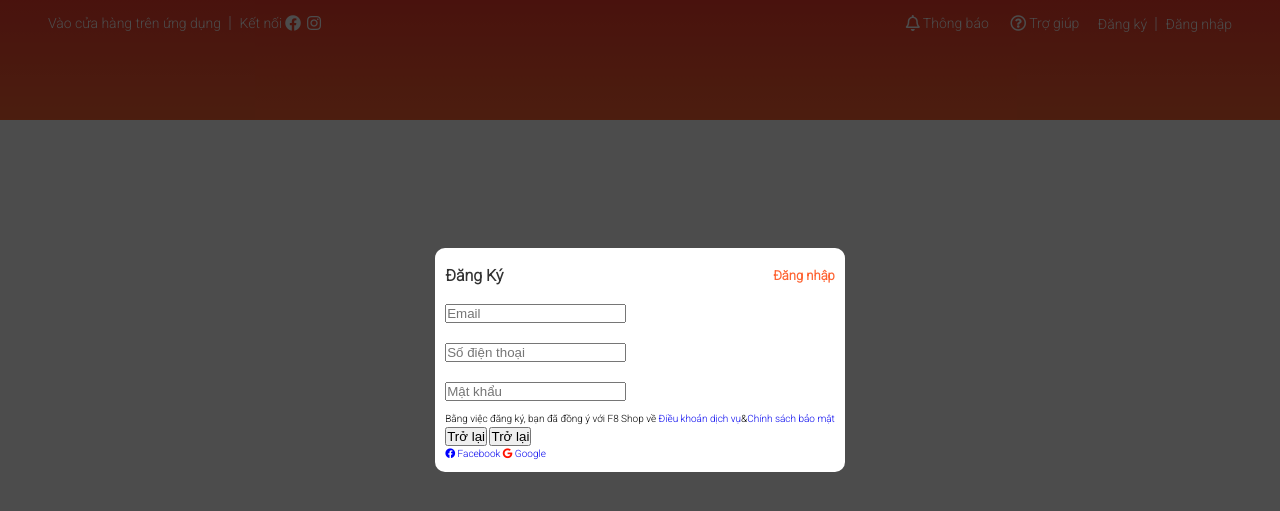
Repository: kebinh1235/Shopee-Demo
Page: index.html
An editor plug-in stored every save of this project. The page is shown before and after the next save, followed by the edit.
The browser window is 1280 px wide. The pictures show the whole page.

Above is the page before, as saved 2021-10-01 22:20:25.

### index.html
<!DOCTYPE html>
<html lang="en">

<head>
  <meta charset="UTF-8">
  <meta http-equiv="X-UA-Compatible" content="IE=edge">
  <meta name="viewport" content="width=device-width, initial-scale=1.0">
  <title>F8 Shop</title>
  <link rel="stylesheet" href="./asset/css/main.css">
  <link rel="stylesheet" href="./asset/css/base.css">
  <link rel="stylesheet" href="https://cdnjs.cloudflare.com/ajax/libs/font-awesome/5.15.4/css/all.min.css">
</head>

<body>
  <div class="app">
    <header class="header">
      <div class="grid">
        <nav class="header__navbar">
          <ul class="header__navbar-list">
            <li class="header__navbar-item header__item-separator">
              Vào cửa hàng trên ứng dụng
              <div class="header__navbar-QRCode">
                <div class="header__navbar-QRCode-img">
                  <img
                    src="https://upload.wikimedia.org/wikipedia/commons/thumb/d/d0/QR_code_for_mobile_English_Wikipedia.svg/1200px-QR_code_for_mobile_English_Wikipedia.svg.png"
                    alt="">
                </div>
                <div class="header__navbar-QRCode-social">
                  <a class="header__navbar-QRCode-link" href="#">
                    <i class="fab fa-google header__navbar-QRCode-icon-google"></i>
                    <span class="header__navbar-QRCode-title-google">Google</span>
                  </a>
                  <a class="header__navbar-QRCode-link" href="#">
                    <i class="fab fa-facebook header__navbar-QRCode-icon-facebook"></i>
                    <span class="header__navbar-QRCode-title-facebook">Facebook</span>
                  </a>
                </div>
              </div>
            </li>
            <li class="header__navbar-item">
              <span class="user__select-none">Kết nối</span>
              <a class="header__navbar-link-icon" href="#">
                <i class="fab fa-facebook header__navbar-icon"></i>
              </a>
              <a class="header__navbar-link-icon" href="#">
                <i class="fab fa-instagram header__navbar-icon"></i>
              </a>
            </li>
          </ul>
          <ul class="header__navbar-list">
            <li class="header__navbar-item">
              <a href="#" class="header__navbar-link">
                <i class="far fa-bell header__navbar-icon"></i>
                Thông báo
              </a>
              <div class="header__navbar-notification">
                <div class="header__navbar-noti-heading">
                  <h3>Thông báo nhận hàng</h3>
                </div>
                <ul class="header__navbar-noti-list">
                  <li class="header__navbar-noti-list-item header__navbar-noti-list-viewd">
                    <a class="header__navbar-noti-list-link" href="#">
                      <img src="https://www.oberlo.com/media/1603958036-new-products.jpg" alt="">
                      <div class="header_navbar-noti-content">
                        <span class="header_navbar-noti-name">Xác thực chính hãng nguồn gốc các sản phẩm Ohui</span>
                        <span class="header_navbar-noti-description">Xác thực chính hãng nguồn gốc các sản phẩm
                          Ohui</span>
                      </div>
                    </a>
                  </li>
                  <li class="header__navbar-noti-list-item header__navbar-noti-list-viewd">
                    <a class="header__navbar-noti-list-link" href="#">
                      <img src="https://www.oberlo.com/media/1603958036-new-products.jpg" alt="">
                      <div class="header_navbar-noti-content">
                        <span class="header_navbar-noti-name">Xác thực chính hãng nguồn gốc các sản phẩm Ohui</span>
                        <span class="header_navbar-noti-description">Xác thực chính hãng nguồn gốc các sản phẩm
                          Ohui</span>
                      </div>
                    </a>
                  </li>
                  <li class="header__navbar-noti-list-item">
                    <a class="header__navbar-noti-list-link" href="#">
                      <img src="https://www.oberlo.com/media/1603958036-new-products.jpg" alt="">
                      <div class="header_navbar-noti-content">
                        <span class="header_navbar-noti-name">Xác thực chính hãng nguồn gốc các sản phẩm Ohui</span>
                        <span class="header_navbar-noti-description">Xác thực chính hãng nguồn gốc các sản phẩm
                          Ohui</span>
                      </div>
                    </a>
                  </li>
                </ul>
                <div class="header__navbar-noti-footer">
                  <a class="header__navbar-noti-footer-link" href="#">Xem tất cả</a>
                </div>
              </div>
            </li>
            <li class="header__navbar-item">
              <a href="#" class="header__navbar-link">
                <i class="far fa-question-circle header__navbar-icon"></i>
                Trợ giúp
              </a>
            </li>
            <li class="header__navbar-item">
              <a href="#" class="header__navbar-link header__item-bold header__item-separator">Đăng ký</a>
            </li>
            <li class="header__navbar-item">
              <a href="#" class="header__navbar-link header__item-bold">Đăng nhập</a>
            </li>
          </ul>
        </nav>
      </div>
    </header>

    <div class="container">

    </div>

    <div class="footer">

    </div>
    <!--Modal-->
    <div class="modal">
      <div class="modal__overlay"></div>
      <div class="modal__body">
        <div class="modal__inner">
          <div class="auth__form">
            <div class="auth__form-header">
                <h3 class="auth__form-heading">Đăng Ký</h3>
                <span class="authb__form-btn-switch">Đăng nhập</span>
            </div>
            <div class="auth__form-form">
              <div class="auth__form-group">
                <input class="auth__form-input" type="text" placeholder="Email">
              </div>
              <div class="auth__form-group">
                <input class="auth__form-input" type="text" placeholder="Số điện thoại">
              </div>
              <div class="auth__form-group">
                <input class="auth__form-input" type="text" placeholder="Mật khẩu">
              </div>
            </div>
            <div class="auth__form-note">
              <span>
                Bằng việc đăng ký, bạn đã đồng ý với F8 Shop về
                <a class="auth__form-note-link" href="#">Điều khoản dịch vụ</a>&<a class="auth__form-note-link" href="#">Chính sách bảo mật</a>
              </span>
            </div>
            <div class="auth__form-controls">
              <button class="btn">Trở lại</button>
              <button class="btn btn-primary">Trở lại</button>
            </div>
            <div class="auth__form-social">
              <a href="#" class="btn btn-with-icon">
                <i class="fab fa-facebook header__navbar-QRCode-icon-facebook"></i>
                Facebook
              </a>
              <a href="#" class="btn btn-with-icon">
                <i class="fab fa-google header__navbar-QRCode-icon-google"></i>
                Google
              </a>
            </div>
          </div>
        </div>
      </div>
    </div>
  </div>
</body>

</html>

### asset/css/main.css
.header {
  height: 120px;
  background: linear-gradient(0, #fe6433, #f53e2d)
}
.header__navbar {
  display: flex;
  justify-content: space-between;
  padding: 10px 0;
}
.header__navbar-QRCode{
  background: white;
  height: 200px;
  position: absolute;
  top: 30px;
  padding: 10px;
  display: none;
  animation: fadeIn ease-out .8s;
}
.header__navbar-item:hover .header__navbar-QRCode {
  display: block;
}
.header__navbar-item:hover .header__navbar-notification {
  display: block;
}
.header__navbar-QRCode-img{
  width: 160px;
}
.header__navbar-QRCode-img img {
  width: 100%;
}
.header__navbar-QRCode-social {
  display: flex;
  align-items: center;
  justify-content: space-between;
}
.header__navbar-QRCode-social:before {
  content: '';
  position: absolute;
  top: -8px;
  left: 0;
  width: 100%;
  height: 10px;
  background: transparent;
}
.header__navbar-QRCode-link {
  font-size: 1.4rem;
  color: var(--text-color);
}
.header__navbar-QRCode-title-google:hover {
  color: #ff1100;
  transition: var(--transition-primary);
}
.header__navbar-QRCode-title-facebook:hover {
  color: blue;
  transition: var(--transition-primary);
}
.header__navbar-QRCode-icon-google {
  color: #ff1100;
}
.header__navbar-QRCode-icon-facebook {
  color: blue;
}
.header__navbar-list {
  list-style: none;
}
.header__navbar-item {
  margin: 0 8px;
  position: relative;
  min-height: 26px;
}
.header__item-separator::after {
  content: '';
  position: absolute;
  right: -10px;
  top: 50%;
  transform: translateY(-50%);
  height: 12px;
  border: 1px solid #FB9086;
}
.header__navbar-item,
.header__navbar-link {
  display: inline-block;
  font-size: 1.4rem;
  color: var(--white-color);
  text-decoration: none;
  font-weight: 300;
}
.header__navbar-item:hover,
.header__navbar-link:hover,
.header__navbar-link-icon:hover {
  cursor: pointer;
  color: rgba(255, 255, 255, 0.7);
}
.header__navbar-item,
.header__navbar-link,
.header__navbar-link-icon {
  display: inline-flex;
  align-items: center;
}
.header__navbar-link-icon {
  color: var(--white-color);
}
.header__navbar-icon {
  font-size: 1.6rem;
  margin: 0 3px;
}
.header__item-bold {
  font-weight: 500;
}
.user__select-none {
  cursor: text;
  color: var(--white-color);
}
.header__navbar-notification{
  position: absolute;
  top: 35px;
  right: 0;
  width: 404px;
  background: var(--white-color);
  display: none;
  box-shadow: rgba(0, 0, 0, 0.16) 0px 1px 4px;
  animation: growthUp ease-in .3s;
  will-change: opacity, transform, scale;
  transform-origin: calc(100% - 20px) top;
}
.header__navbar-notification:before {
  content: "";
  position: absolute;
  top: -10px;
  right: 0;
  width: 100%;
  background: transparent;
  height: 15px;
}
.header__navbar-notification:after {
  content: "";
  position: absolute;
  top: -32px;
  right: 10px;
  border: 20px solid #000;
  border-color: transparent transparent var(--white-color) transparent;
}
.header__navbar-noti-heading{
  padding: 10px;
  box-shadow: rgba(0, 0, 0, 0.16) 0px 1px 4px;
  cursor: default;
}
.header__navbar-noti-heading h3 {
  font-size: 1.6rem;
  color: var(--text-color);
}
.header__navbar-noti-list{
  list-style: none;
  box-shadow: rgba(0, 0, 0, 0.16) 0px 1px 1px;
}
.header__navbar-noti-list-item{
  padding: 8px 10px;
}
.header__navbar-noti-list-viewd{
  background: #ffe3e3;
}
.header__navbar-noti-list-item:hover{
  background: #f3c8c8;
  transition: var(--transition-primary);
}
.header__navbar-noti-list-link{
  display: inline-flex;
  align-items: center;
}
.header__navbar-noti-list-link img{
  width: 60px;
  object-fit: contain;
}
.header_navbar-noti-content{
  padding-left: 10px;
}
.header_navbar-noti-name{
  font-size: 1.4rem;
  font-weight: bold;
  color: var(--text-color);
  margin-bottom: 5px;
  line-height: 2rem;
  text-align: justify;
  display: block;
}
.header_navbar-noti-description{
  font-size: 1.3rem;
  color: var(--text-color-rgb-black);
  display: block;
}
.header__navbar-noti-footer{
  padding: 10px;
  text-align: center;
  box-shadow: rgba(0, 0, 0, 10px) 0px 1px 1px;
}
.header__navbar-noti-footer-link{
  color: var(--text-color-rgb-black);
}

/*Start Modal*/
.modal{
  position: fixed;
  /* top: 0;
  right: 0;
  bottom: 0;
  left: 0; */
  inset: 0;
  display: flex;
}
.modal__overlay{
  position: absolute;
  width: 100%;
  height: 100%;
  background: rgba(0, 0, 0, 0.7);
}
.modal__body{
  margin: auto;
  background: var(--white-color);
  overflow: hidden;
  z-index: 1;
  border-radius: 10px;
}
.modal__inner{
  padding: 10px;
}
.auth__form{

}
.auth__form-header{
  display: flex;
  justify-content: space-between;
  align-items: center;
  padding: 10px 0;
}
.auth__form-heading{
  font-size: 1.6rem;
  color: var(--text-color);
  font-weight: bold;
}
.authb__form-btn-switch{
  font-size: 1.3rem;
  color: var(--primary-color);
  font-weight: bold;
}
.auth__form-form{

}
.auth__form-group{
  padding: 10px 0;
}
.auth__form-input {

}
.auth__form-note{

}
.auth_form-text {

}
.auth__form-controls{

}
.auth__form-social{

}

/*End Modal*/

### asset/css/base.css
@import url('https://fonts.googleapis.com/css2?family=Roboto:wght@300&display=swap');
:root {
  --white-color: #fff;
  --black-color: #000;
  --primary-color: #fe6433;
  --text-color: #333;
  --text-color-rgb-black: rgba(0, 0, 0, 0.7);
  --transition-primary: all .2s linear;
  --btn-primary: linear-gradient(0, #fe6433, #f53e2d);
}

* {
  margin: 0;
  padding: 0;
  box-sizing: inherit;
  text-decoration: none;
}

html {
  font-size: 62.5%;
  line-height: 1.6rem;
  border: none;
  outline: none;
  overflow: hidden;
  box-sizing: border-box;
  font-family: 'Roboto', sans-serif;
}

.grid {
  width: 1200px;
  max-width: 100%;
  margin: 0 auto;
}

.grid__full-width {
  width: 100%;
}

.grid__row {
  display: flex;
  flex-wrap: wrap;
}

/*Animation*/
@keyframes fadeIn {
  0% {
    opacity: 0;
  }
  100% {
    opacity: 1;
  }
}

@keyframes growthUp {
  0% {
    opacity: 0;
    transform: scale(0);
  }
  100% {
    opacity: 1;
    transform: scale(1);
  }
}

After the next save:
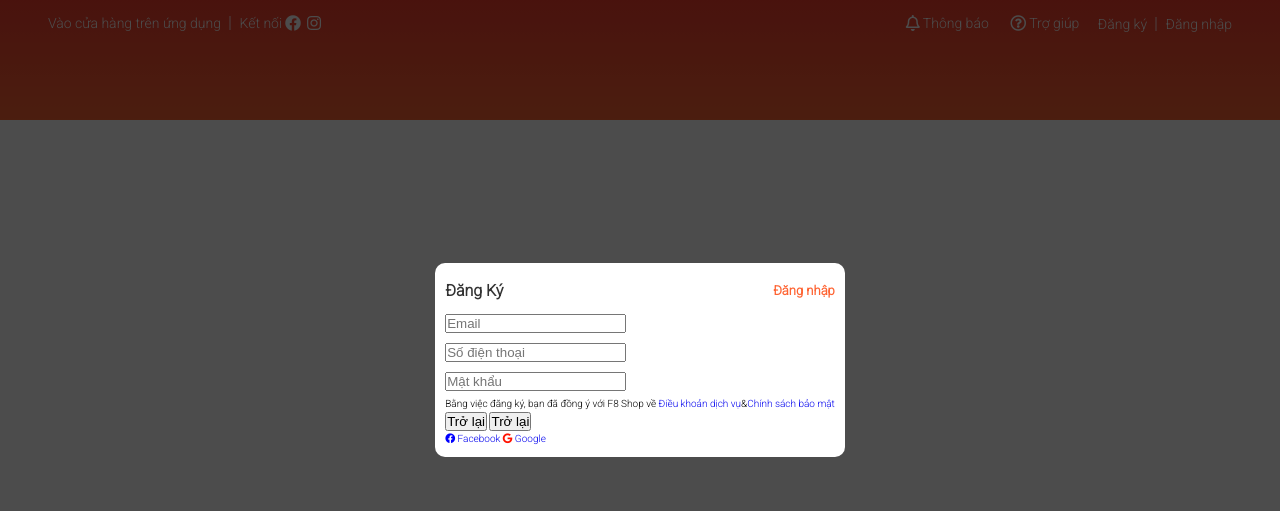
Saved 7 s later.
--- a/asset/css/main.css
+++ b/asset/css/main.css
@@ -246,7 +246,7 @@
 
 }
 .auth__form-group{
-  padding: 10px 0;
+  padding: 5px 0;
 }
 .auth__form-input {
 
